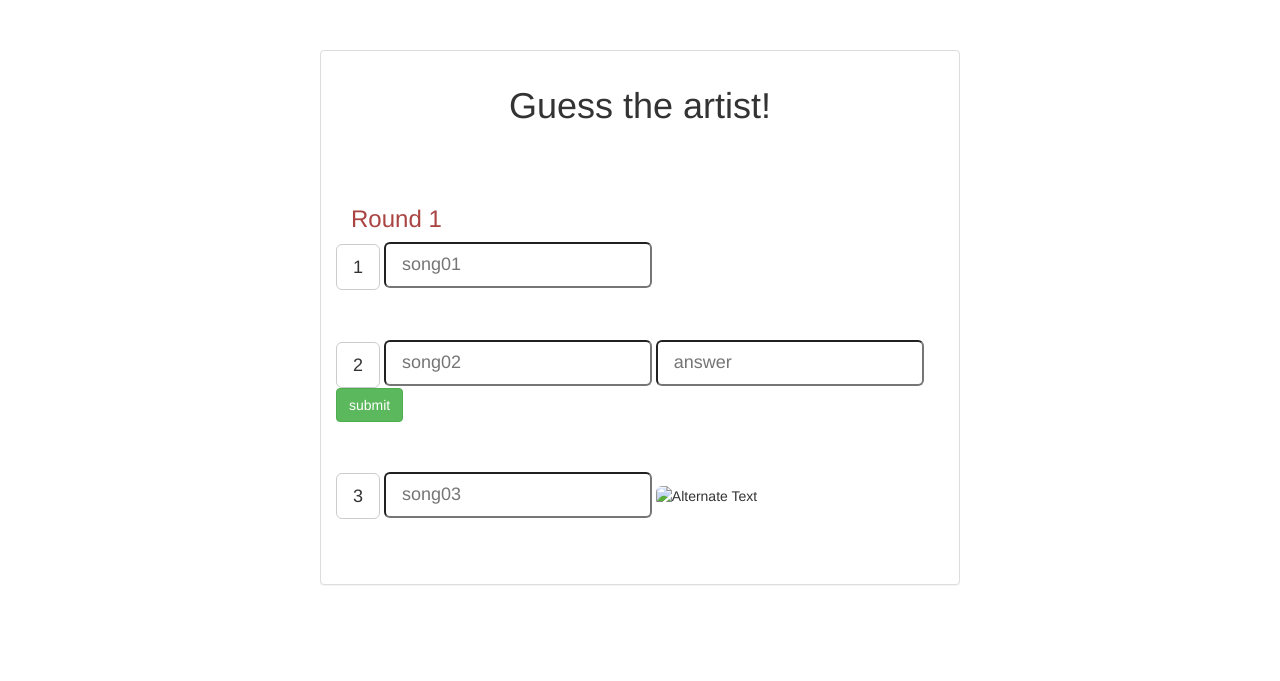
Repository: VladLevishevGIT/MyProjects
Page: Java/GuessTheArtistQuizWeb/WebContent/GuessTheArtist.html
These files come from the project's save history. The page is drawn as it stood at one moment and after the next save; the edit follows.
The browser window is 1280 px wide. The pictures show the whole page.
The page's requests for data from a server got no answer.

Above is the page before, as saved 2017-03-02 14:25:35.

### Java/GuessTheArtistQuizWeb/WebContent/GuessTheArtist.html
<!DOCTYPE html>
<html lang="en">
<head>
    <meta charset="utf-8">
    <meta http-equiv="X-UA-Compatible" content="IE=edge">
    <meta name="viewport" content="width=device-width, initial-scale=1">
    <title>Test Page</title>
    <link href="bootstrap/css/bootstrap.min.css" rel="stylesheet">
    <script src="jquery/jquery-3.1.1.min.js"></script>
    <script src="bootstrap/js/bootstrap.min.js"></script>
    <script src="angular/angular.min.js"></script>
    <script src="angular/angularCode.js"></script>
</head>
<body>
    <div style="height:50px"></div>
        <div class="panel panel-default col-lg-offset-3 col-lg-6" ng-app="myApp">
            <div class="panel-body" ng-controller="myCtrl">
                <div class="text-center"><h1>Guess the artist!</h1></div>
                <div class="input-group">
                    <div style="height:50px"></div>
                    <div class="text-danger"><h3>Round 1</h3></div>
                    <div class="row">
                        <button type="button" class="btn btn-lg btn-default">1</button>
                        <input type="text" name="song01" value="{{round.firstSong}}" class="input input-lg" placeholder="song01" />
                    </div>
                    <div style="height:50px"></div>
                    <div class="row">
                        <button type="button" class="btn btn-lg btn-default">2</button>
                        <input type="text" name="song02" value="{{round.secondSong}}" class="input-lg" placeholder="song02"/>
                        <input type="text" name="answer" value="" class="input-lg" placeholder="answer" ng-model="inputValue"/>
                        <button class="btn btn-success">submit</button>
                    </div>
                        <div style="height:50px"></div>
                    <div class="row">
                        <button type="button" class="btn btn-lg btn-default">3</button>
                        <input type="text" name="song03" value="{{round.thirdSong}}" class="input-lg" placeholder="song03"/>
                        <img src="#" alt="Alternate Text" class="img-rounded" />
                    </div>
                        <div style="height:50px"></div>
                    </div>
            </div>
        </div>
</body>
</html>

### Java/GuessTheArtistQuizWeb/WebContent/angular/angularCode.js
var mainApp = angular.module('myApp', [])

mainApp.controller('myCtrl', getRound);

function getRound($scope, $http) {
    $http.get('rest/quizWebService/getSongs').
        then(function(response) {
            $scope.round = response.data;
        });
};

Loaded but not shown: Java/GuessTheArtistQuizWeb/WebContent/bootstrap/css/bootstrap.min.css (library); Java/GuessTheArtistQuizWeb/WebContent/jquery/jquery-3.1.1.min.js (library); Java/GuessTheArtistQuizWeb/WebContent/bootstrap/js/bootstrap.min.js (library); Java/GuessTheArtistQuizWeb/WebContent/angular/angular.min.js (library)

After the next save:
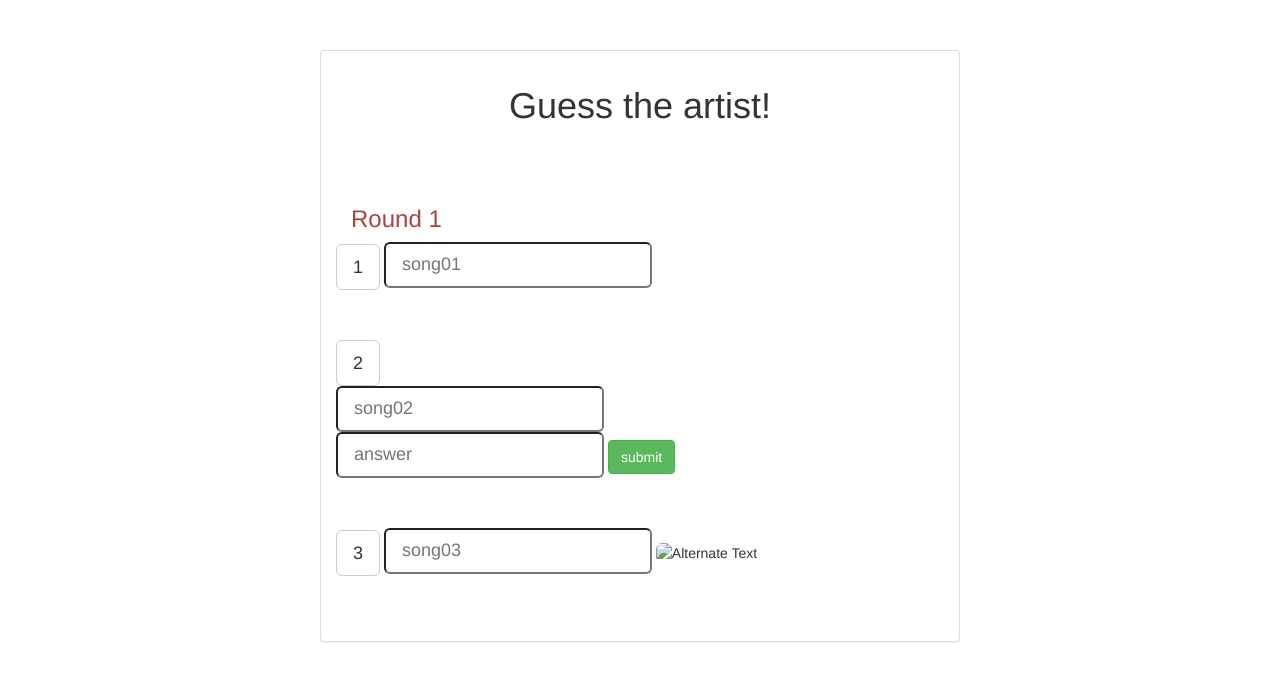
Saved 7 min 38 s later.
--- a/Java/GuessTheArtistQuizWeb/WebContent/GuessTheArtist.html
+++ b/Java/GuessTheArtistQuizWeb/WebContent/GuessTheArtist.html
@@ -26,7 +26,9 @@
                     <div style="height:50px"></div>
                     <div class="row">
                         <button type="button" class="btn btn-lg btn-default">2</button>
+                        <div>
                         <input type="text" name="song02" value="{{round.secondSong}}" class="input-lg" placeholder="song02"/>
+                        </div>
                         <input type="text" name="answer" value="" class="input-lg" placeholder="answer" ng-model="inputValue"/>
                         <button class="btn btn-success">submit</button>
                     </div>
